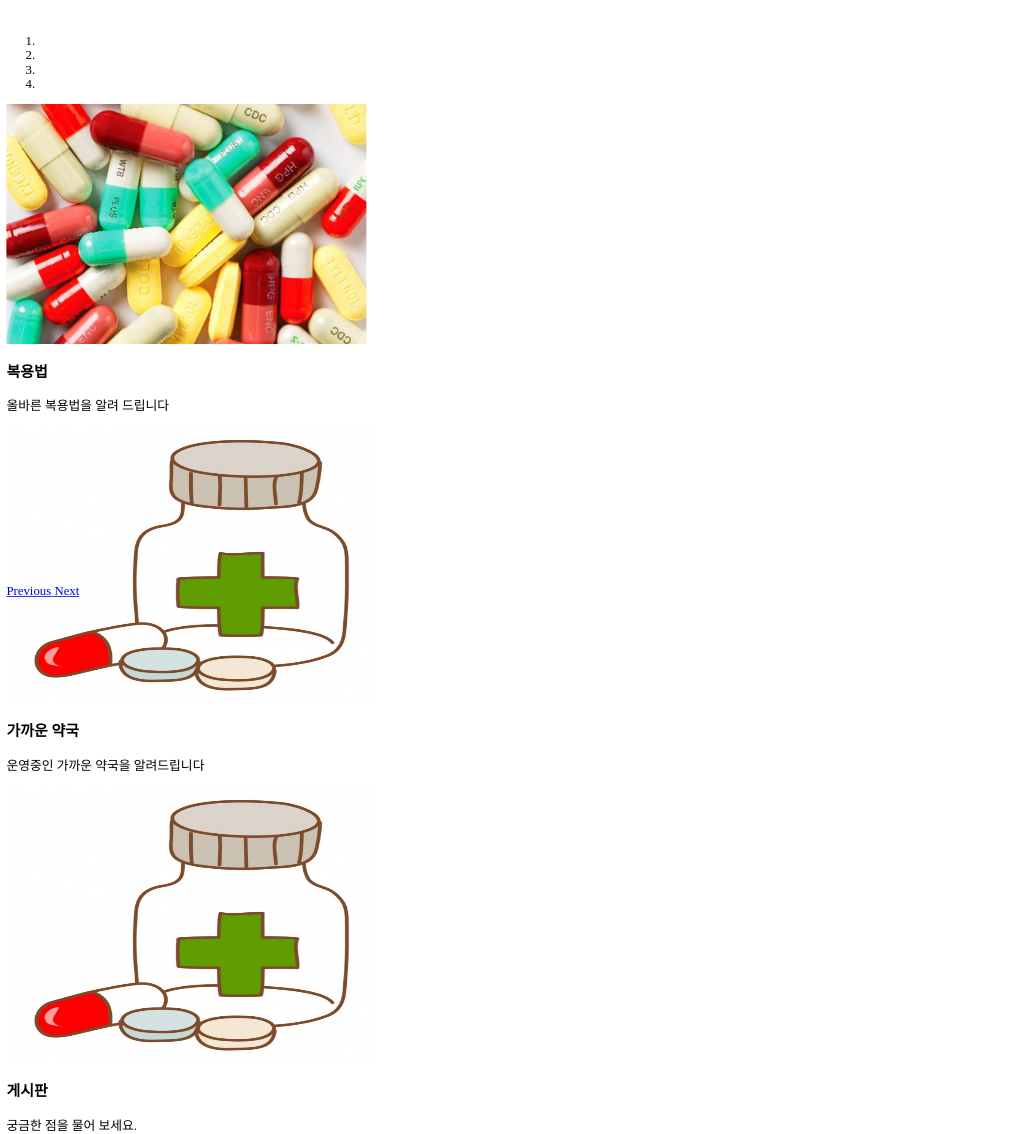
Repository: letzbegin/Study
Page: http://localhost/portfolio/WEB-INF/views/index.jsp
These files come from the project's save history. The page is drawn as it stood at one moment and after the next save; the edit follows.
The browser window is 1280 px wide. The pictures show the whole page, at 80% of full size.
The page is served by Tomcat 9. Nobody is signed in. The template is opened directly, without the code that normally fills it, so the values that code supplies are empty.

Above is the page before, as saved 2018-10-12 06:44:58.

After the next save:
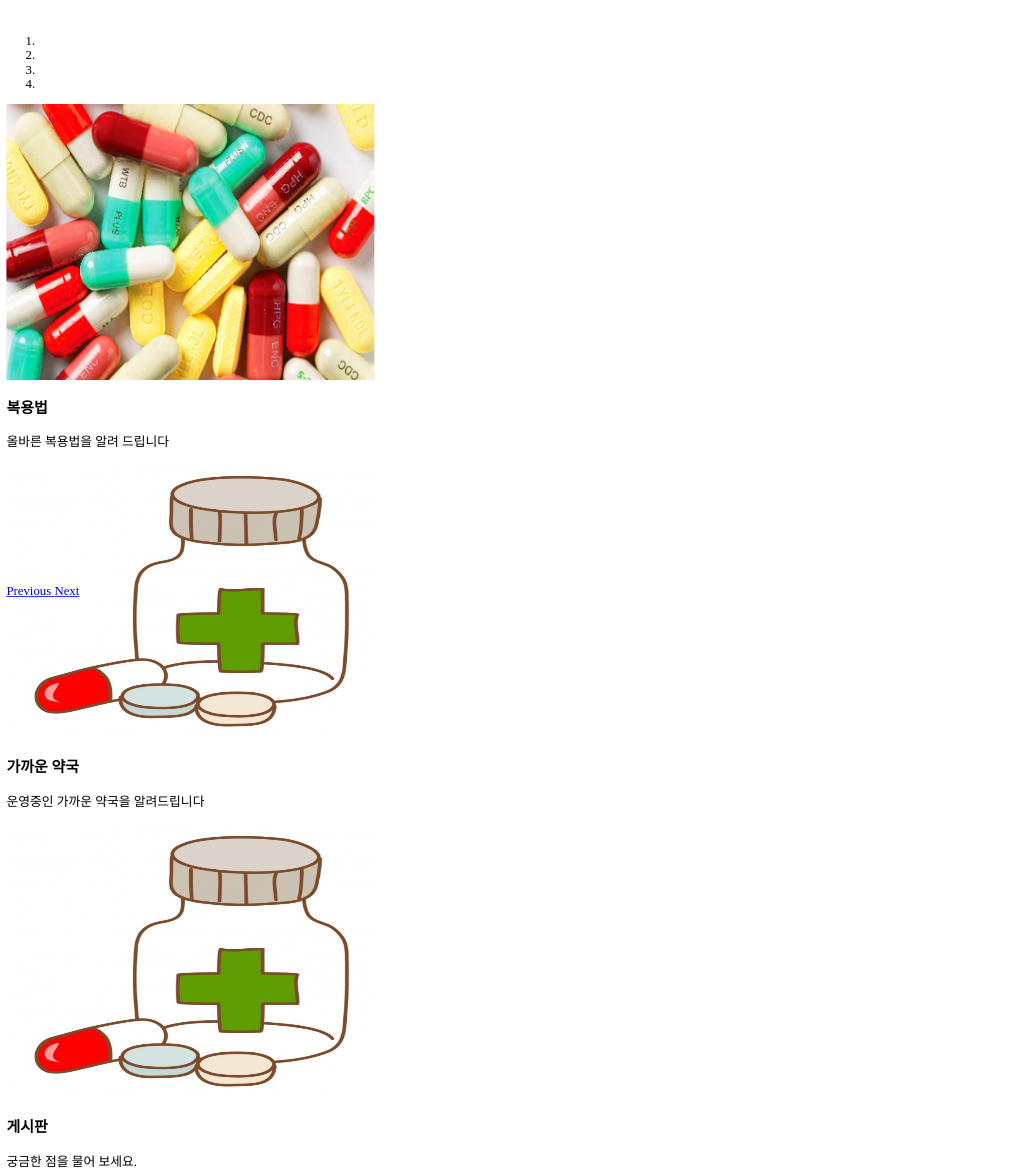
Saved 8 s later.
--- a/pol/portfolio/src/main/webapp/WEB-INF/views/index.jsp
+++ b/pol/portfolio/src/main/webapp/WEB-INF/views/index.jsp
@@ -22,7 +22,7 @@
     <div class="carousel-inner" role="listbox" style="height: 600px;">
 
       <div class="item active">
-        <img src="img/main/Img00.jpg" alt="Chania" >
+        <img src="img/main/Img00.jpg" alt="Chania" width="460" height="345" >
         <div class="carousel-caption">
           <h3>복용법</h3>
           <p>올바른 복용법을 알려 드립니다</p>

After the 2 saves that followed:
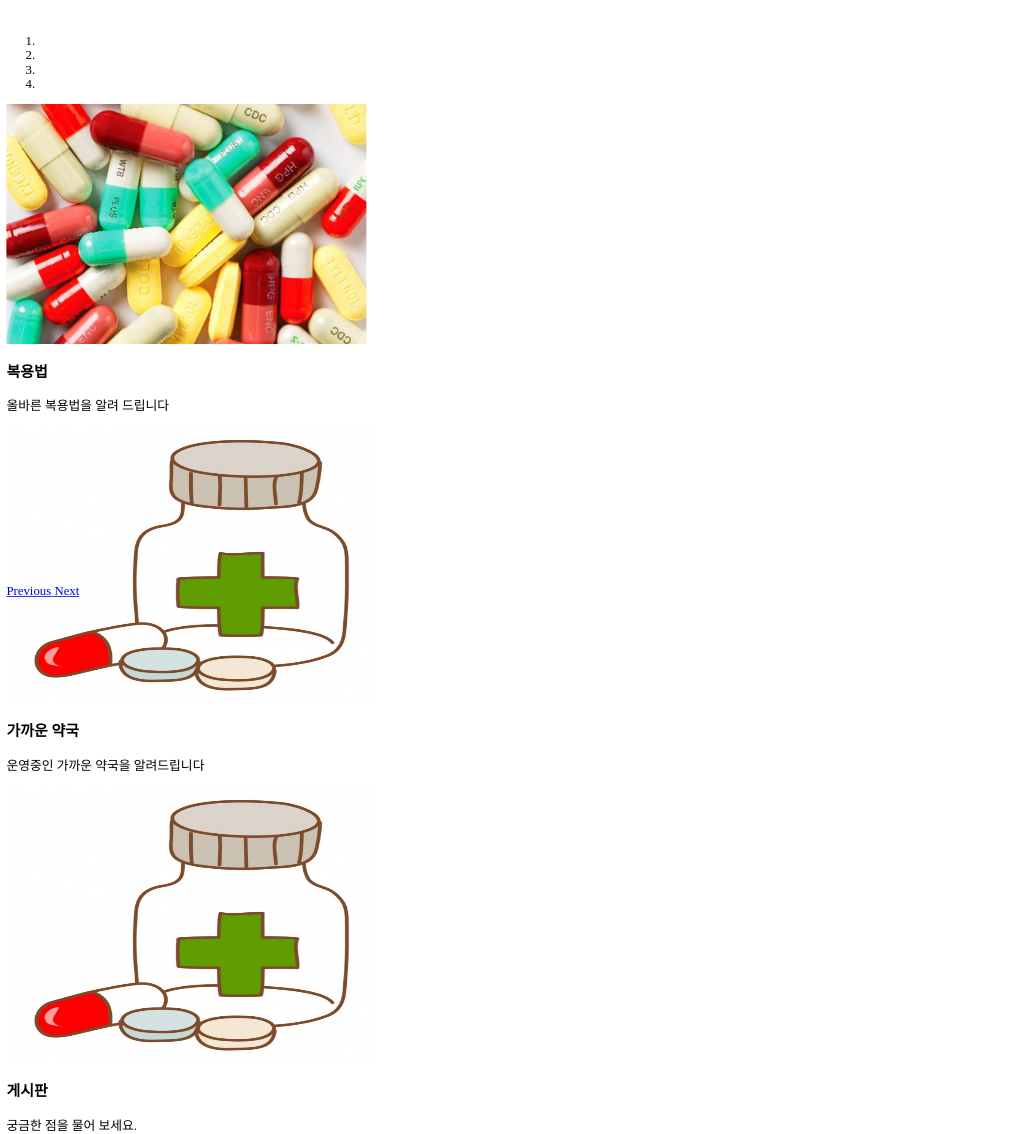
The 2 saves are shown as one change because they came seconds apart.
The last was saved 56 s later.
--- a/pol/portfolio/src/main/webapp/WEB-INF/views/index.jsp
+++ b/pol/portfolio/src/main/webapp/WEB-INF/views/index.jsp
@@ -22,7 +22,7 @@
     <div class="carousel-inner" role="listbox" style="height: 600px;">
 
       <div class="item active">
-        <img src="img/main/Img00.jpg" alt="Chania" width="460" height="345" >
+        <img src="img/main/Img00.jpg" alt="Chania" style="margin: 0 auto;" >
         <div class="carousel-caption">
           <h3>복용법</h3>
           <p>올바른 복용법을 알려 드립니다</p>
